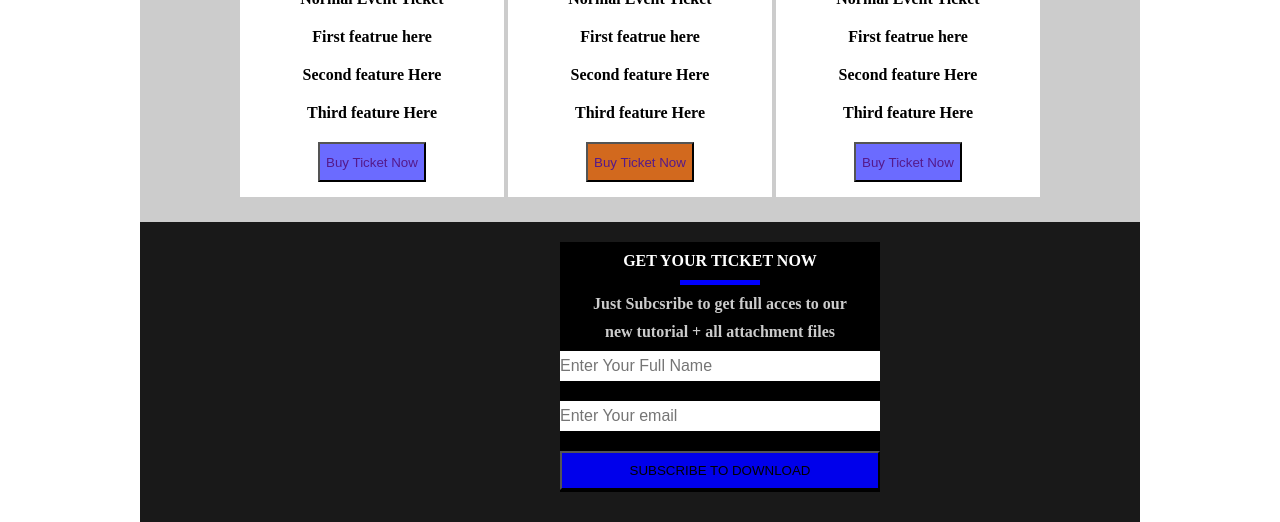
Repository: duyancol/project-ltw-nhom13
Page: page b/index.html
An editor plug-in stored every save of this project. The page is shown before and after the next save, followed by the edit.
The browser window is 1280 px wide. The pictures show the part of the page from y = 1038 to 1560 px (the page is 1560 px tall).
A picture or video elsewhere on the page could not be fetched, so the positions and the page height are approximate. Some web fonts or font styles are not loaded; a fallback is used.

Above is the page before, as saved 2021-10-18 11:44:07.

After the next save:
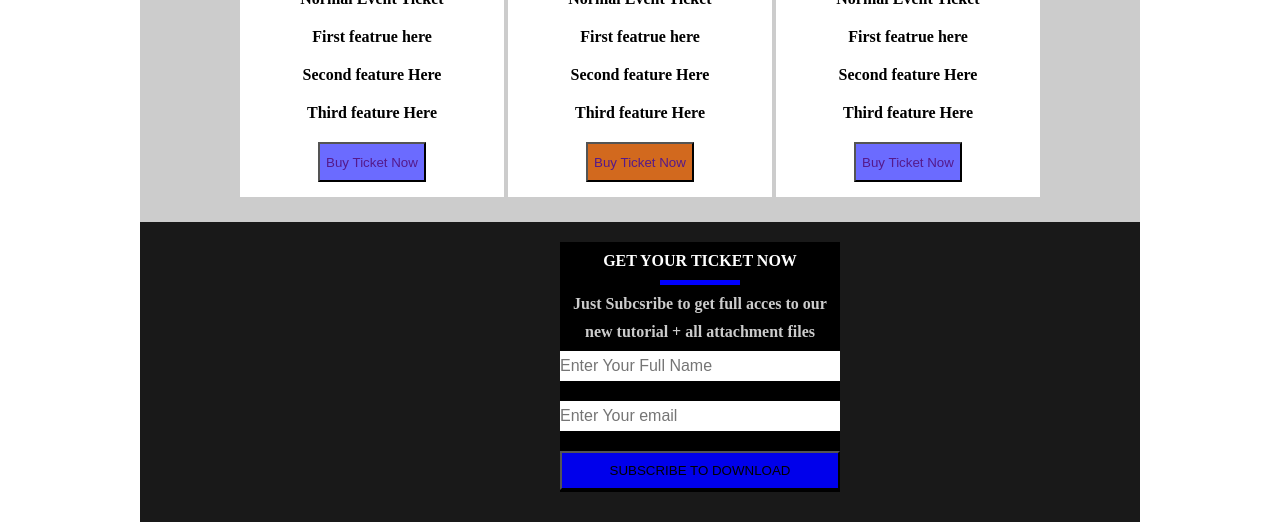
Saved 81 s later.
--- a/page b/style.css
+++ b/page b/style.css
@@ -155,7 +155,7 @@
   }
   .main .ticket{
     position: absolute;
-    width: 40%;
+    width: 35%;
     background-color: black;
     height: 250px;
     text-align: center;
